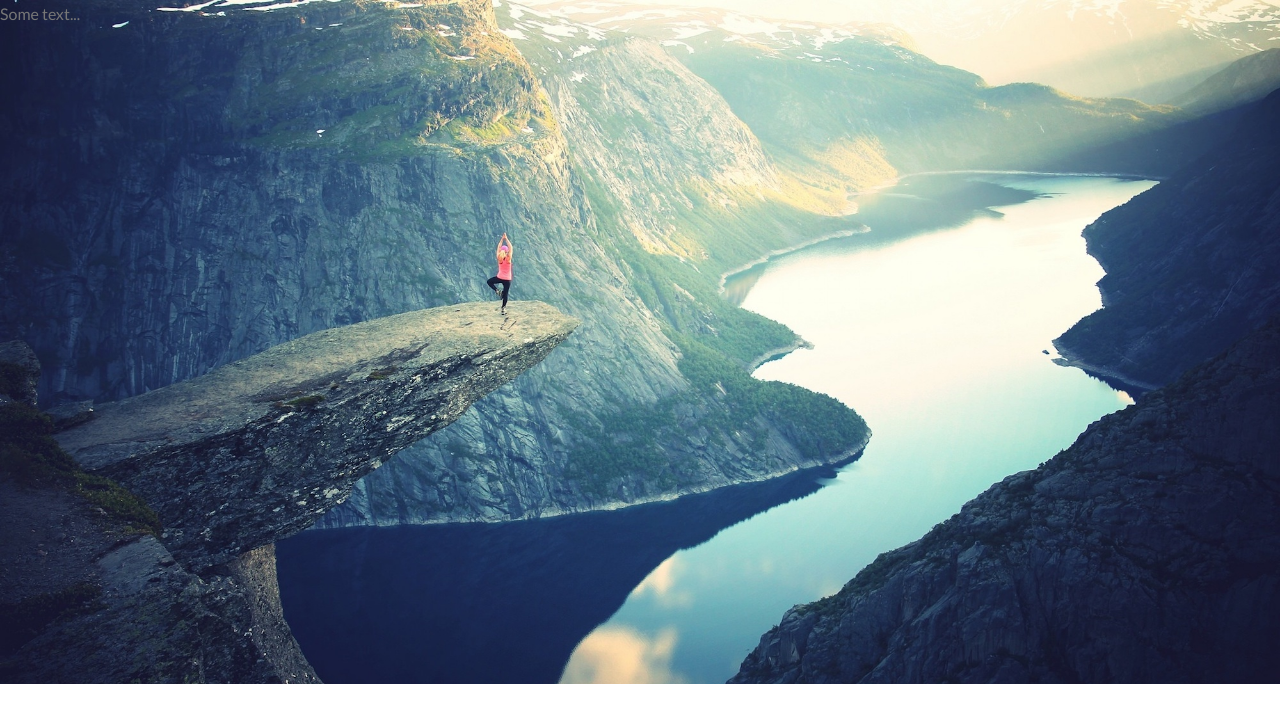
Repository: taivuong95/natours-fe
Page: index.html
The author's editor kept a copy of each file at every save. The page is drawn from the files as they stood at one save, then again after the next save.
The browser window is 1280 px wide. The pictures show the whole page.

Above is the page before, as saved 2020-12-09 14:53:42.

After the next save:
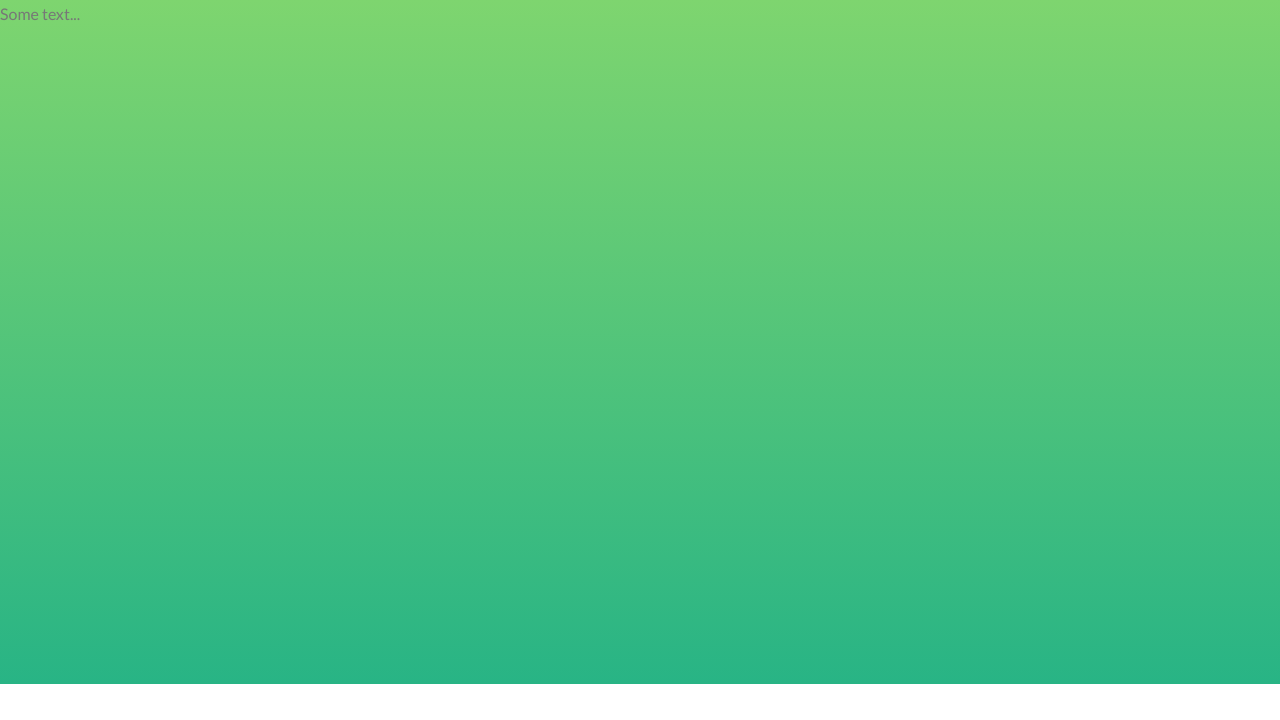
Saved 2 min 43 s later.
--- a/css/style.css
+++ b/css/style.css
@@ -23,7 +23,7 @@ body {
 
 .header {
   height: 95vh;
-  background-image: url(../img/hero.jpg);
+  background-image: linear-gradient(#7ed56f, #28b485), url(../img/hero.jpg);
   background-size: cover;
   background-position: top;
 }
